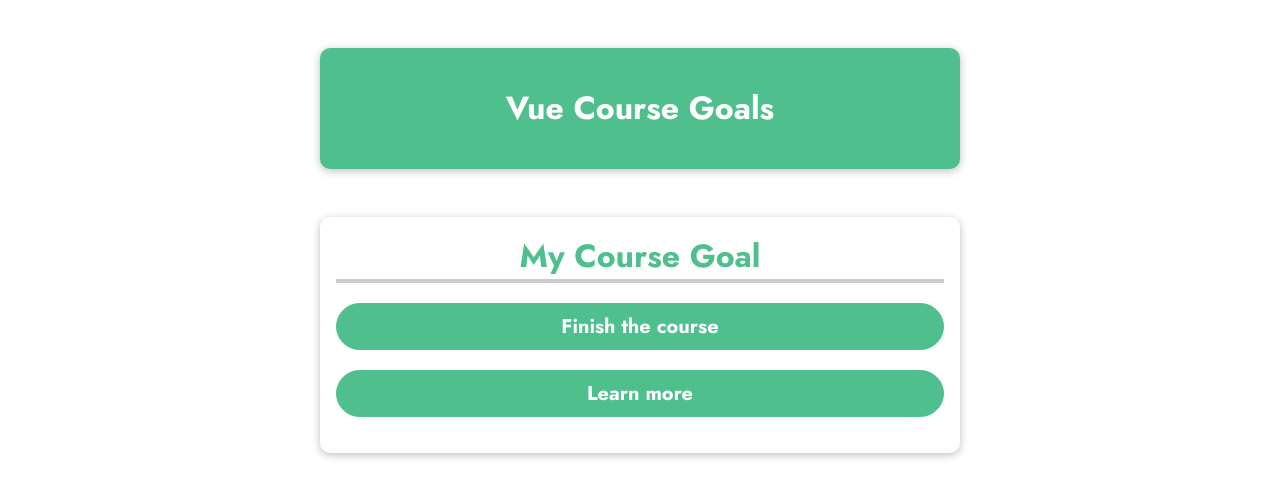
Repository: zmarkoni/Vue-The-Complete-Guide
Page: basics-01-starting-code/index.html
These files come from the project's save history. The page is drawn as it stood at one moment and after the next save; the edit follows.
The browser window is 1280 px wide. The pictures show the whole page.

Above is the page before, as saved 2020-12-29 10:07:25.

### basics-01-starting-code/index.html
<!DOCTYPE html>
<html lang="en">
  <head>
    <meta charset="UTF-8" />
    <meta name="viewport" content="width=device-width, initial-scale=1.0" />
    <title>Vue Basics</title>
    <link
      href="https://fonts.googleapis.com/css2?family=Jost:wght@400;700&display=swap"
      rel="stylesheet"
    />
    <link rel="stylesheet" href="styles.css" />
    <script src="https://unpkg.com/vue@next" defer></script>
    <script src="app.js" defer></script>
  </head>
  <body>
    <header>
      <h1>Vue Course Goals</h1>
    </header>
    <section id="user-goal">
      <h2>My Course Goal</h2>
      <p>{{ courseGoal }}</p>
      <p>Learn more <a href="" ></a></p>
    </section>
  </body>
</html>

### basics-01-starting-code/styles.css
* {
  box-sizing: border-box;
}

html {
  font-family: 'Jost', sans-serif;
}

body {
  margin: 0;
}

header {
  box-shadow: 0 2px 8px rgba(0, 0, 0, 0.26);
  margin: 3rem auto;
  border-radius: 10px;
  padding: 1rem;
  background-color: #4fc08d;
  color: white;
  text-align: center;
  width: 90%;
  max-width: 40rem;
}

#user-goal {
  box-shadow: 0 2px 8px rgba(0, 0, 0, 0.26);
  margin: 3rem auto;
  border-radius: 10px;
  padding: 1rem;
  text-align: center;
  width: 90%;
  max-width: 40rem;
}

#user-goal h2 {
  font-size: 2rem;
  border-bottom: 4px solid #ccc;
  color: #4fc08d;
  margin: 0 0 1rem 0;
}

#user-goal p {
  font-size: 1.25rem;
  font-weight: bold;
  border: 1px solid #4fc08d;
  background-color: #4fc08d;
  color: white;
  padding: 0.5rem;
  border-radius: 25px;
}

#user-goal input {
  font: inherit;
  border: 1px solid #ccc;
}

#user-goal input:focus {
  outline: none;
  border-color: #1b995e;
  background-color: #d7fdeb;
}

#user-goal button {
  font: inherit;
  cursor: pointer;
  border: 1px solid #ff0077;
  background-color: #ff0077;
  color: white;
  padding: 0.05rem 1rem;
  box-shadow: 1px 1px 2px rgba(0, 0, 0, 0.26);
}

#user-goal button:hover,
#user-goal button:active {
  background-color: #ec3169;
  border-color: #ec3169;
  box-shadow: 1px 1px 4px rgba(0, 0, 0, 0.26);
}

### basics-01-starting-code/app.js
const app = Vue.createApp({
    data() {
        return {
            courseGoal: 'Finish the course'
        }
    }
});
app.mount('#user-goal');

After the next save:
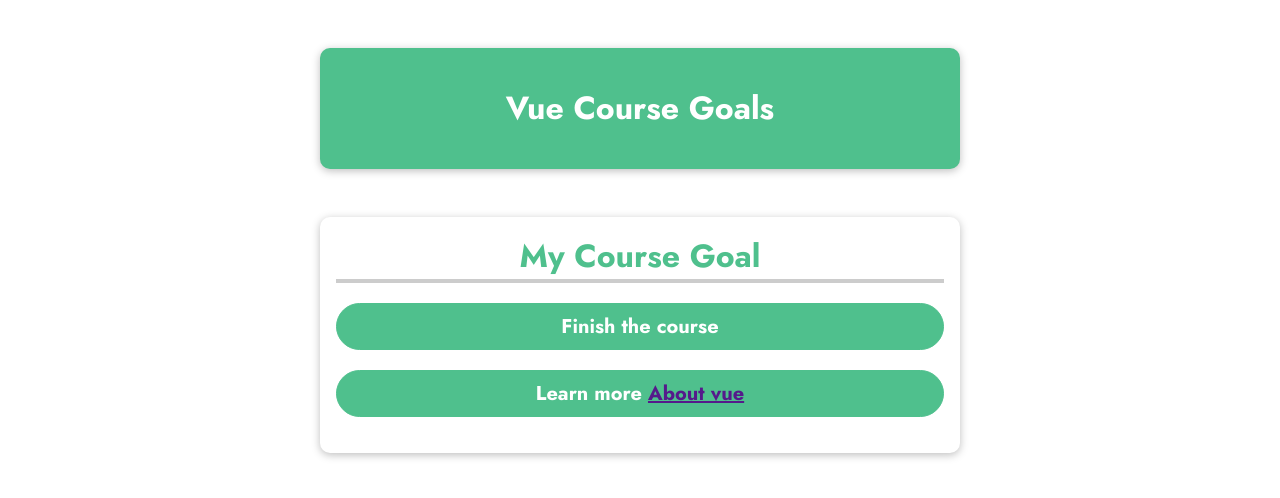
Saved 12 s later.
--- a/basics-01-starting-code/index.html
+++ b/basics-01-starting-code/index.html
@@ -19,7 +19,7 @@
     <section id="user-goal">
       <h2>My Course Goal</h2>
       <p>{{ courseGoal }}</p>
-      <p>Learn more <a href="" ></a></p>
+      <p>Learn more <a href="" >About vue</a></p>
     </section>
   </body>
 </html>
